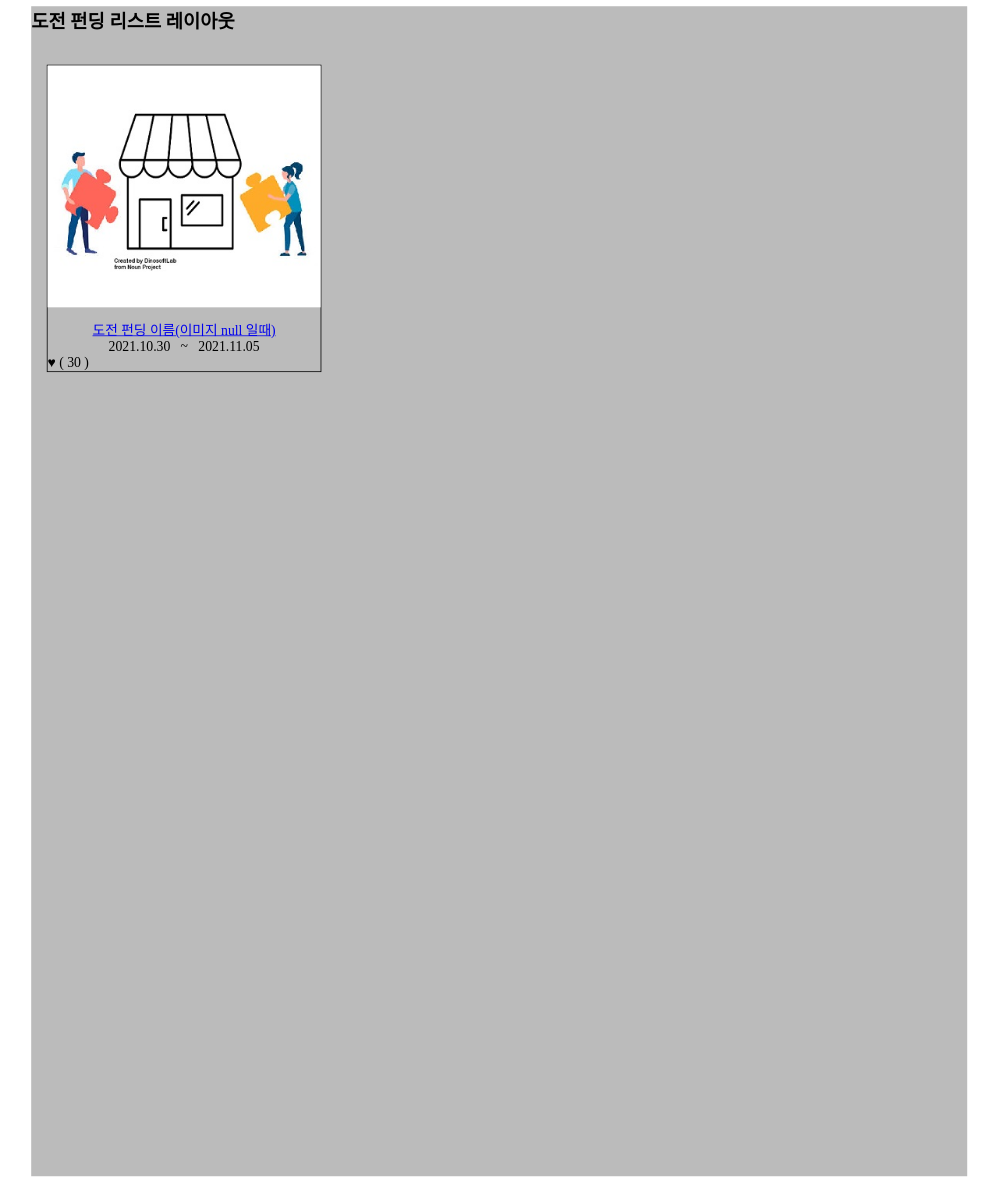
Repository: GroundPark/team6
Page: http://localhost/lefthand/page/product/chal_funding_list.jsp
The author's editor kept a copy of each file at every save. The page is drawn from the files as they stood at one save, then again after the next save.
The browser window is 1280 px wide. The pictures show the whole page, at 78% of full size.
The page is served by Tomcat 9. Other server files are loaded and not shown.

Above is the page before, as saved 2021-11-20 17:36:56.

### lefthand/WebContent/page/product/chal_funding_list.jsp
<%@ page language="java" contentType="text/html; charset=UTF-8" pageEncoding="UTF-8"%>


<style>

.chal_funding_contents {
	width:1200px; height:1500px;  margin: 0 auto;
	background-color:#bbbbbb;

}

.chal_funding { margin:20px; border:1px black solid; float:left; font-size:1.1em; }

.chal_period { text-align:center; }
</style>


<div class="chal_funding_contents">
<h2>도전 펀딩 리스트 레이아웃</h2>
<div class="chal_funding">
	<a href="#"><img src="../challenge/img/chal_info_default.jpg" style="width:350px; height:310px; padding-bottom:15px;" /></a>
	<div style="text-align:center;"><a href="#">도전 펀딩 이름(이미지 null 일때)</a></div>
	<div class="chal_period"> &nbsp; 2021.10.30 &nbsp; ~ &nbsp; 2021.11.05 &nbsp; </div>
	<div class="chal_like"> ♥ ( 30 ) </div>
</div>



</div>

After the next save:
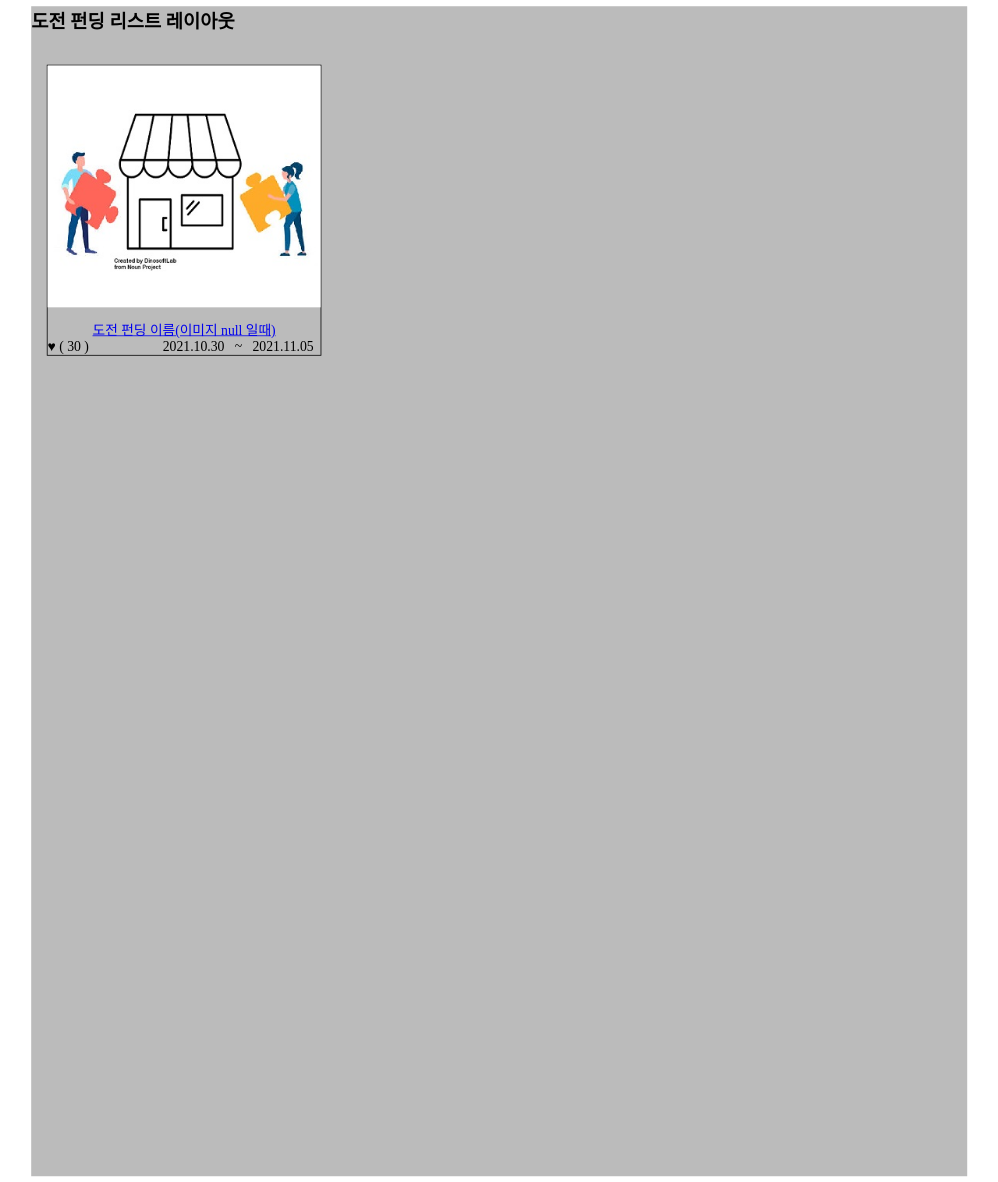
Saved 17 s later.
--- a/lefthand/WebContent/page/product/chal_funding_list.jsp
+++ b/lefthand/WebContent/page/product/chal_funding_list.jsp
@@ -11,7 +11,7 @@
 
 .chal_funding { margin:20px; border:1px black solid; float:left; font-size:1.1em; }
 
-.chal_period { text-align:center; }
+.chal_period { text-align:center; float:right; }
 </style>
 
 

After the save that followed:
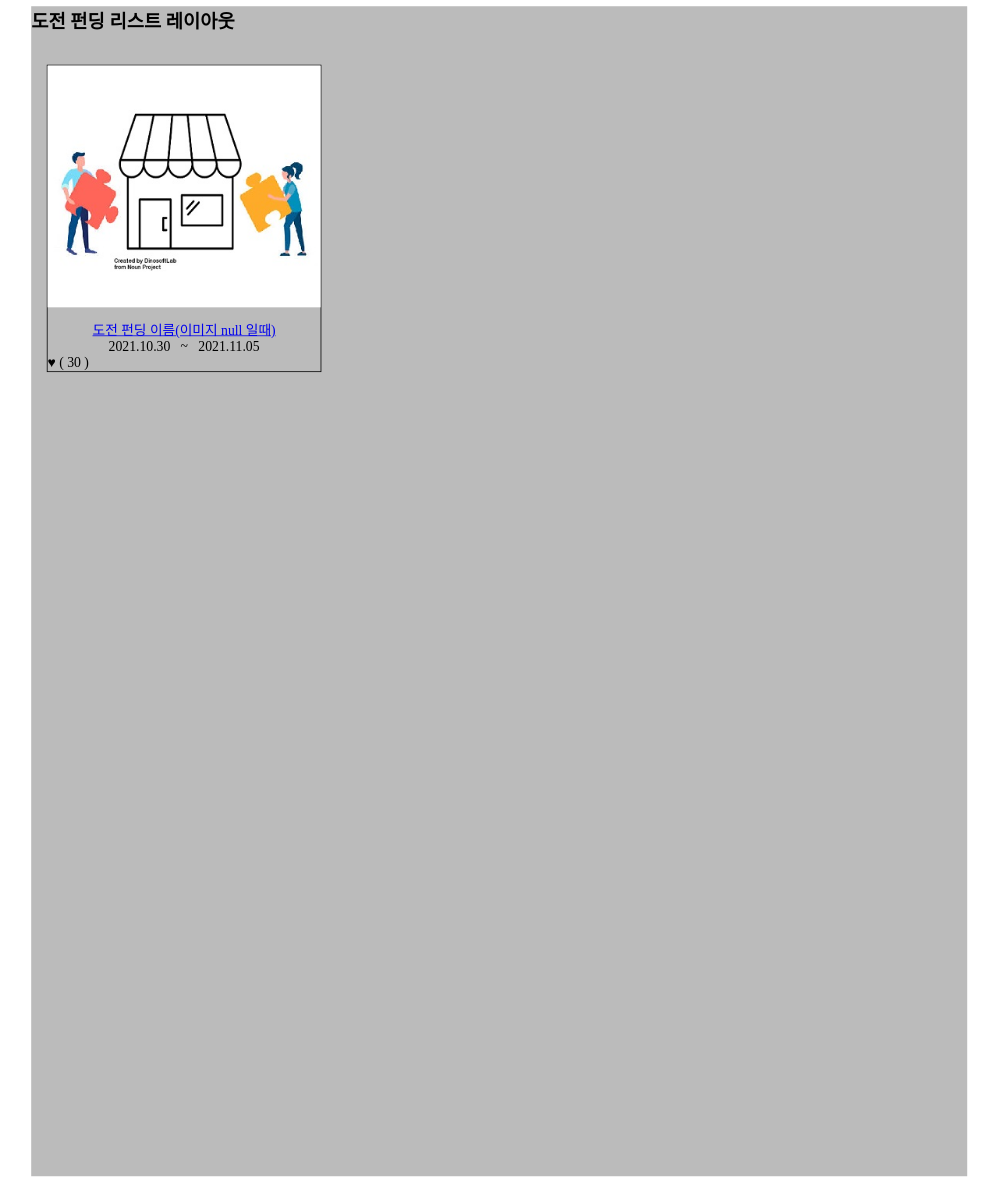
Saved 11 s later.
--- a/lefthand/WebContent/page/product/chal_funding_list.jsp
+++ b/lefthand/WebContent/page/product/chal_funding_list.jsp
@@ -11,7 +11,7 @@
 
 .chal_funding { margin:20px; border:1px black solid; float:left; font-size:1.1em; }
 
-.chal_period { text-align:center; float:right; }
+.chal_period { text-align:center; }
 </style>
 
 
